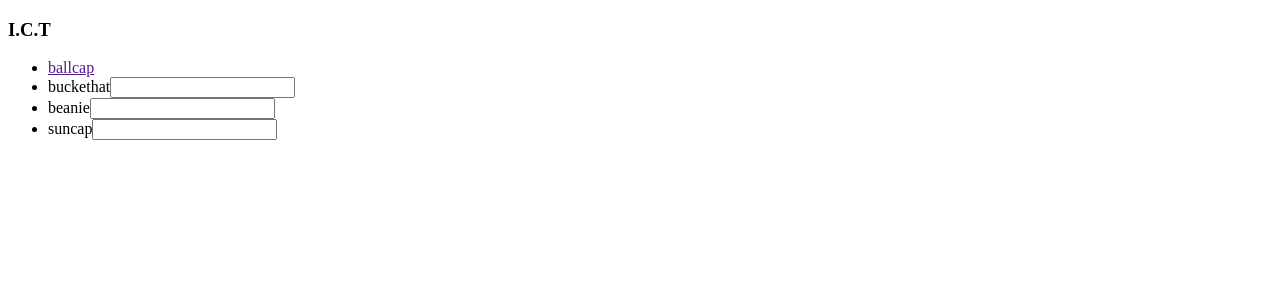
Repository: Developer120000/project1
Page: http://localhost/project1/productpage/ballcap.jsp
These files come from the project's save history. The page is drawn as it stood at one moment and after the next save; the edit follows.
The browser window is 1280 px wide. The pictures show the whole page.
The page is served by Tomcat 9.

Above is the page before, as saved 2024-03-13 13:44:56.

### project1/src/main/webapp/productpage/ballcap.jsp
<%@ page language="java" contentType="text/html; charset=UTF-8"
    pageEncoding="UTF-8"%>
<!DOCTYPE html>
<html>
<head>
<meta charset="UTF-8">
<title>Insert title here</title>
</head>
<body>
	<div>
		<header>
			<h3>I.C.T</h3>
			<ul>
				<li><a href="">ballcap</a></li>
				<li>buckethat<input type="number" id="kor" name="kor" required></li>
				<li>beanie<input type="number" id="eng" name="eng" required></li>
				<li>suncap<input type="number" id="math" name="math" required></li>
			</ul>

		</header>
		<section>
		</section>
		<footer>
		</footer>
	</div>
</body>
</html>

After the next save:
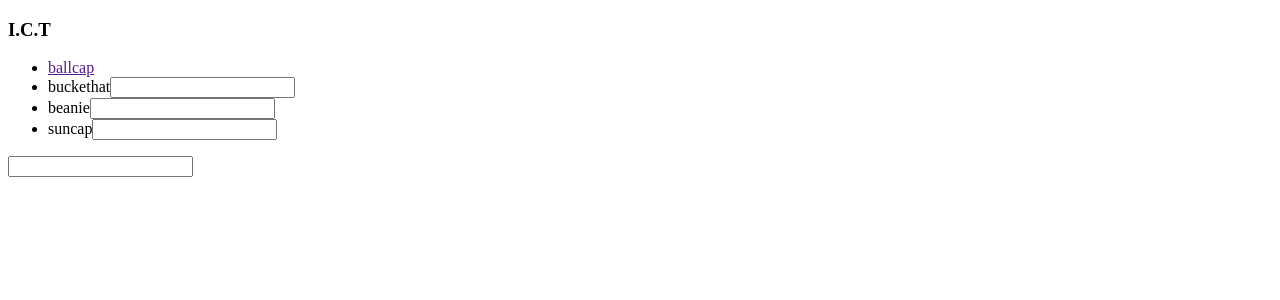
Saved 47 s later.
--- a/project1/src/main/webapp/productpage/ballcap.jsp
+++ b/project1/src/main/webapp/productpage/ballcap.jsp
@@ -16,6 +16,7 @@
 				<li>beanie<input type="number" id="eng" name="eng" required></li>
 				<li>suncap<input type="number" id="math" name="math" required></li>
 			</ul>
+				<input type="text" id="math" name="math" required>
 
 		</header>
 		<section>
